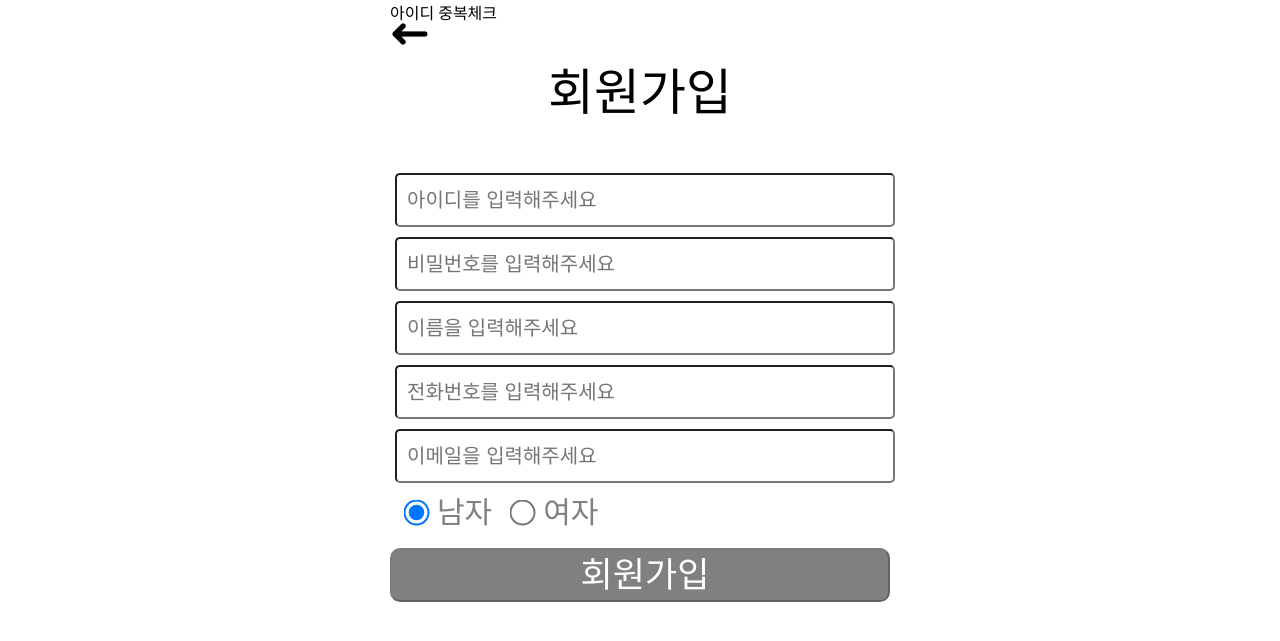
Repository: jaehunjeong4103/WebProject
Page: http://localhost/Web/view/member/register?id=1
The author's editor kept a copy of each file at every save. The page is drawn from the files as they stood at one save, then again after the next save.
The browser window is 1280 px wide. The pictures show the whole page.
Some web fonts or font styles are not loaded; a fallback is used. The page is served by Tomcat 9.

Above is the page before, as saved 2023-06-05 08:16:18.

After the next save:
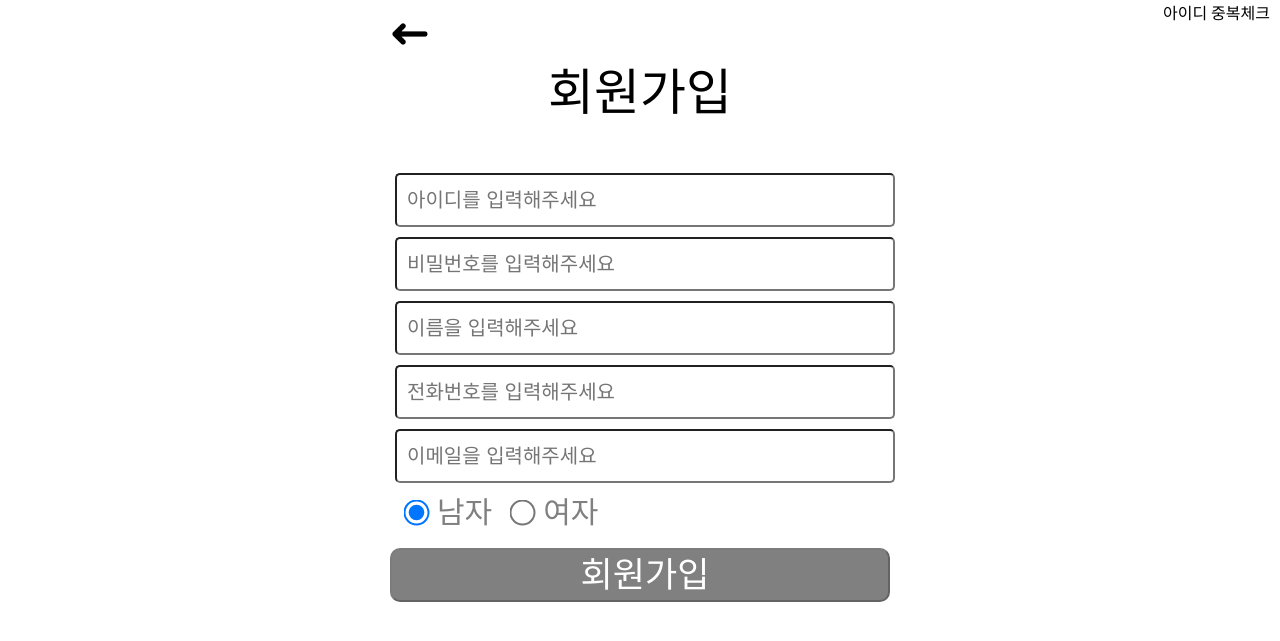
Saved 18 s later.
--- a/Web/src/main/webapp/css/register.css
+++ b/Web/src/main/webapp/css/register.css
@@ -11,6 +11,7 @@ body {
 a#id_check {
 	position: absolute;
 	top: 0;
+	right: 10px;
 }
 
 img#arrow {
